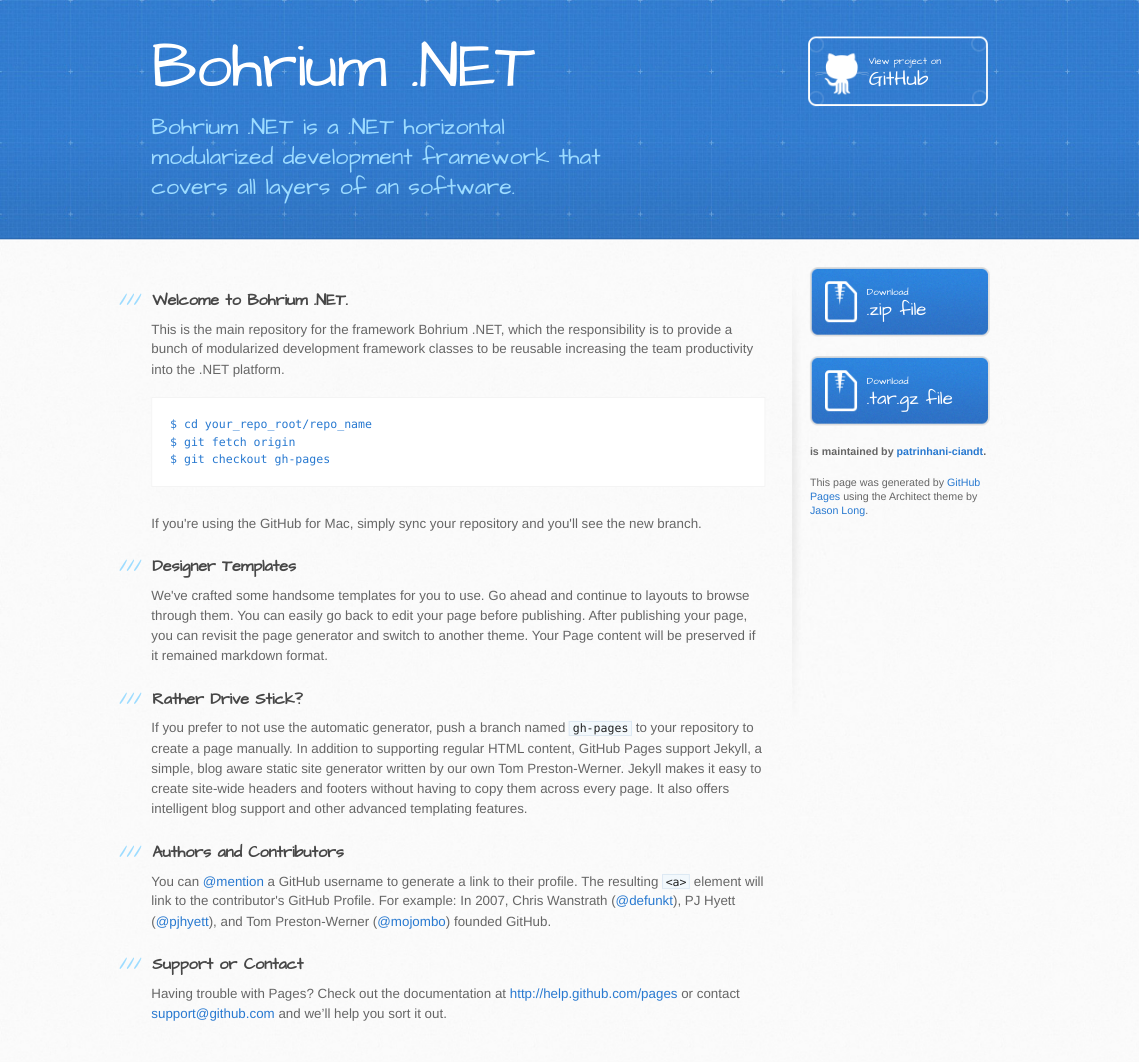
Repository: patrinhani-ciandt/BohriumNET
Page: index.html
The author's editor kept a record of every edit. The page is drawn from the files as they stood at one moment, then again after the next edit.
The browser window is 1280 px wide. The pictures show the whole page, at 89% of full size.

Above is the page before.

### index.html
<!DOCTYPE html>
<html>
  <head>
    <meta charset='utf-8'>
    <meta http-equiv="X-UA-Compatible" content="chrome=1">
    <meta name="viewport" content="width=device-width, initial-scale=1, maximum-scale=1">
    <link href='https://fonts.googleapis.com/css?family=Architects+Daughter' rel='stylesheet' type='text/css'>
    <link rel="stylesheet" type="text/css" href="stylesheets/stylesheet.css" media="screen">
    <link rel="stylesheet" type="text/css" href="stylesheets/pygment_trac.css" media="screen">
    <link rel="stylesheet" type="text/css" href="stylesheets/print.css" media="print">

    <!--[if lt IE 9]>
    <script src="//html5shiv.googlecode.com/svn/trunk/html5.js"></script>
    <![endif]-->

    <title>Bohrium .NET by patrinhani-ciandt</title>
  </head>

  <body>
    <header>
      <div class="inner">
        <h1>Bohrium .NET</h1>
        <h2>Bohrium .NET is a .NET horizontal modularized development framework that covers all layers of an software.</h2>
        <a href="https://github.com/patrinhani-ciandt/BohriumNET" class="button"><small>View project on</small>GitHub</a>
      </div>
    </header>

    <div id="content-wrapper">
      <div class="inner clearfix">
        <section id="main-content">
          <h3>
<a name="welcome-to-bohrium-net" class="anchor" href="#welcome-to-bohrium-net"><span class="octicon octicon-link"></span></a>Welcome to Bohrium .NET.</h3>

<p>This is the main repository for the framework Bohrium .NET, which the responsibility is to provide a bunch of modularized development framework classes to be reusable increasing the team productivity into the .NET platform.</p>

<pre><code>$ cd your_repo_root/repo_name
$ git fetch origin
$ git checkout gh-pages
</code></pre>

<p>If you're using the GitHub for Mac, simply sync your repository and you'll see the new branch.</p>

<h3>
<a name="designer-templates" class="anchor" href="#designer-templates"><span class="octicon octicon-link"></span></a>Designer Templates</h3>

<p>We've crafted some handsome templates for you to use. Go ahead and continue to layouts to browse through them. You can easily go back to edit your page before publishing. After publishing your page, you can revisit the page generator and switch to another theme. Your Page content will be preserved if it remained markdown format.</p>

<h3>
<a name="rather-drive-stick" class="anchor" href="#rather-drive-stick"><span class="octicon octicon-link"></span></a>Rather Drive Stick?</h3>

<p>If you prefer to not use the automatic generator, push a branch named <code>gh-pages</code> to your repository to create a page manually. In addition to supporting regular HTML content, GitHub Pages support Jekyll, a simple, blog aware static site generator written by our own Tom Preston-Werner. Jekyll makes it easy to create site-wide headers and footers without having to copy them across every page. It also offers intelligent blog support and other advanced templating features.</p>

<h3>
<a name="authors-and-contributors" class="anchor" href="#authors-and-contributors"><span class="octicon octicon-link"></span></a>Authors and Contributors</h3>

<p>You can <a href="https://github.com/blog/821" class="user-mention">@mention</a> a GitHub username to generate a link to their profile. The resulting <code>&lt;a&gt;</code> element will link to the contributor's GitHub Profile. For example: In 2007, Chris Wanstrath (<a href="https://github.com/defunkt" class="user-mention">@defunkt</a>), PJ Hyett (<a href="https://github.com/pjhyett" class="user-mention">@pjhyett</a>), and Tom Preston-Werner (<a href="https://github.com/mojombo" class="user-mention">@mojombo</a>) founded GitHub.</p>

<h3>
<a name="support-or-contact" class="anchor" href="#support-or-contact"><span class="octicon octicon-link"></span></a>Support or Contact</h3>

<p>Having trouble with Pages? Check out the documentation at <a href="http://help.github.com/pages">http://help.github.com/pages</a> or contact <a href="mailto:support@github.com">support@github.com</a> and we’ll help you sort it out.</p>
        </section>

        <aside id="sidebar">
          <a href="https://github.com/patrinhani-ciandt/BohriumNET/zipball/master" class="button">
            <small>Download</small>
            .zip file
          </a>
          <a href="https://github.com/patrinhani-ciandt/BohriumNET/tarball/master" class="button">
            <small>Download</small>
            .tar.gz file
          </a>

          <p class="repo-owner"><a href="https://github.com/patrinhani-ciandt/BohriumNET"></a> is maintained by <a href="https://github.com/patrinhani-ciandt">patrinhani-ciandt</a>.</p>

          <p>This page was generated by <a href="https://pages.github.com">GitHub Pages</a> using the Architect theme by <a href="https://twitter.com/jasonlong">Jason Long</a>.</p>
        </aside>
      </div>
    </div>


  </body>
</html>

### stylesheets/stylesheet.css
/* http://meyerweb.com/eric/tools/css/reset/
   v2.0 | 20110126
   License: none (public domain)
*/
html, body, div, span, applet, object, iframe,
h1, h2, h3, h4, h5, h6, p, blockquote, pre,
a, abbr, acronym, address, big, cite, code,
del, dfn, em, img, ins, kbd, q, s, samp,
small, strike, strong, sub, sup, tt, var,
b, u, i, center,
dl, dt, dd, ol, ul, li,
fieldset, form, label, legend,
table, caption, tbody, tfoot, thead, tr, th, td,
article, aside, canvas, details, embed,
figure, figcaption, footer, header, hgroup,
menu, nav, output, ruby, section, summary,
time, mark, audio, video {
	margin: 0;
	padding: 0;
	border: 0;
	font-size: 100%;
	font: inherit;
	vertical-align: baseline;
}
/* HTML5 display-role reset for older browsers */
article, aside, details, figcaption, figure,
footer, header, hgroup, menu, nav, section {
	display: block;
}
body {
	line-height: 1;
}
ol, ul {
	list-style: none;
}
blockquote, q {
	quotes: none;
}
blockquote:before, blockquote:after,
q:before, q:after {
	content: '';
	content: none;
}
table {
	border-collapse: collapse;
	border-spacing: 0;
}

/* LAYOUT STYLES */
body {
  font-size: 15px;
  line-height: 1.5;
  background: #fafafa url(../images/body-bg.jpg) 0 0 repeat;
  font-family: 'Helvetica Neue', Helvetica, Arial, serif;
  font-weight: 400;
  color: #666;
}

a {
  color: #2879d0;
}
a:hover {
  color: #2268b2;
}

header {
  padding-top: 40px;
  padding-bottom: 40px;
  font-family: 'Architects Daughter', 'Helvetica Neue', Helvetica, Arial, serif;
  background: #2e7bcf url(../images/header-bg.jpg) 0 0 repeat-x;
  border-bottom: solid 1px #275da1;
}

header h1 {
  letter-spacing: -1px;
  font-size: 72px;
  color: #fff;
  line-height: 1;
  margin-bottom: 0.2em;
  width: 540px;
}

header h2 {
  font-size: 26px;
  color: #9ddcff;
  font-weight: normal;
  line-height: 1.3;
  width: 540px;
  letter-spacing: 0;
}

.inner {
  position: relative;
  width: 940px;
  margin: 0 auto;
}

#content-wrapper {
  border-top: solid 1px #fff;
  padding-top: 30px;
}

#main-content {
  width: 690px;
  float: left;
}

#main-content img {
  max-width: 100%;
}

aside#sidebar {
  width: 200px;
  padding-left: 20px;
  min-height: 504px;
  float: right;
  background: transparent url(../images/sidebar-bg.jpg) 0 0 no-repeat;
  font-size: 12px;
  line-height: 1.3;
}

aside#sidebar p.repo-owner,
aside#sidebar p.repo-owner a {
  font-weight: bold;
}

#downloads {
  margin-bottom: 40px;
}

a.button {
  width: 134px;
  height: 58px;
  line-height: 1.2;
  font-size: 23px;
  color: #fff;
  padding-left: 68px;
  padding-top: 22px;
  font-family: 'Architects Daughter', 'Helvetica Neue', Helvetica, Arial, serif;
}
a.button small {
  display: block;
  font-size: 11px;
}
header a.button {
  position: absolute;
  right: 0;
  top: 0;
  background: transparent url(../images/github-button.png) 0 0 no-repeat;
}
aside a.button {
  width: 138px;
  padding-left: 64px;
  display: block;
  background: transparent url(../images/download-button.png) 0 0 no-repeat;
  margin-bottom: 20px;
  font-size: 21px;
}

code, pre {
  font-family: Monaco, "Bitstream Vera Sans Mono", "Lucida Console", Terminal, monospace;
  color: #222;
  margin-bottom: 30px;
  font-size: 13px;
}

code {
  background-color: #f2f8fc;
  border: solid 1px #dbe7f3;
  padding: 0 3px;
}

pre {
  padding: 20px;
  background: #fff;
  text-shadow: none;
  overflow: auto;
  border: solid 1px #f2f2f2;
}
pre code {
  color: #2879d0;
  background-color: #fff;
  border: none;
  padding: 0;
}

ul, ol, dl {
  margin-bottom: 20px;
}


/* COMMON STYLES */

hr {
  height: 1px;
  line-height: 1px;
  margin-top: 1em;
  padding-bottom: 1em;
  border: none;
  background: transparent url('../images/hr.png') 0 0 no-repeat;
}

table {
  width: 100%;
  border: 1px solid #ebebeb;
}

th {
  font-weight: 500;
}

td {
  border: 1px solid #ebebeb;
  text-align: center;
  font-weight: 300;
}

form {
  background: #f2f2f2;
  padding: 20px;

}


/* GENERAL ELEMENT TYPE STYLES */

#main-content h1 {
  font-family: 'Architects Daughter', 'Helvetica Neue', Helvetica, Arial, serif;
  font-size: 2.8em;
  letter-spacing: -1px;
  color: #474747;
}

#main-content h1:before {
  content: "/";
  color: #9ddcff;
  padding-right: 0.3em;
  margin-left: -0.9em;
}

#main-content h2 {
  font-family: 'Architects Daughter', 'Helvetica Neue', Helvetica, Arial, serif;
  font-size: 22px;
  font-weight: bold;
  margin-bottom: 8px;
  color: #474747;
}
#main-content h2:before {
  content: "//";
  color: #9ddcff;
  padding-right: 0.3em;
  margin-left: -1.5em;
}

#main-content h3 {
  font-family: 'Architects Daughter', 'Helvetica Neue', Helvetica, Arial, serif;
  font-size: 18px;
  font-weight: bold;
  margin-top: 24px;
  margin-bottom: 8px;
  color: #474747;
}

#main-content h3:before {
  content: "///";
  color: #9ddcff;
  padding-right: 0.3em;
  margin-left: -2em;
}

#main-content h4 {
  font-family: 'Architects Daughter', 'Helvetica Neue', Helvetica, Arial, serif;
  font-size: 15px;
  font-weight: bold;
  color: #474747;
}

h4:before {
  content: "////";
  color: #9ddcff;
  padding-right: 0.3em;
  margin-left: -2.8em;
}

#main-content h5 {
  font-family: 'Architects Daughter', 'Helvetica Neue', Helvetica, Arial, serif;
  font-size: 14px;
  color: #474747;
}
h5:before {
  content: "/////";
  color: #9ddcff;
  padding-right: 0.3em;
  margin-left: -3.2em;
}

#main-content h6 {
  font-family: 'Architects Daughter', 'Helvetica Neue', Helvetica, Arial, serif;
  font-size: .8em;
  color: #474747;
}
h6:before {
  content: "//////";
  color: #9ddcff;
  padding-right: 0.3em;
  margin-left: -3.7em;
}

p {
  margin-bottom: 20px;
}

a {
  text-decoration: none;
}

p a {
  font-weight: 400;
}

blockquote {
  font-size: 1.6em;
  border-left: 10px solid #e9e9e9;
  margin-bottom: 20px;
  padding: 0 0 0 30px;
}

ul {
  list-style: disc inside;
  padding-left: 20px;
}

ol {
  list-style: decimal inside;
  padding-left: 3px;
}

dl dd {
  font-style: italic;
  font-weight: 100;
}

footer {
  background: transparent url('../images/hr.png') 0 0 no-repeat;
  margin-top: 40px;
  padding-top: 20px;
  padding-bottom: 30px;
  font-size: 13px;
  color: #aaa;
}

footer a {
  color: #666;
}
footer a:hover {
  color: #444;
}

/* MISC */
.clearfix:after {
  clear: both;
  content: '.';
  display: block;
  visibility: hidden;
  height: 0;
}

.clearfix {display: inline-block;}
* html .clearfix {height: 1%;}
.clearfix {display: block;}

/* #Media Queries
================================================== */

/* Smaller than standard 960 (devices and browsers) */
@media only screen and (max-width: 959px) {}

/* Tablet Portrait size to standard 960 (devices and browsers) */
@media only screen and (min-width: 768px) and (max-width: 959px) {
  .inner {
    width: 740px;
  }
  header h1, header h2 {
    width: 340px;
  }
  header h1 {
    font-size: 60px;
  }
  header h2 {
    font-size: 30px;
  }
  #main-content {
    width: 490px;
  }
  #main-content h1:before,
  #main-content h2:before,
  #main-content h3:before,
  #main-content h4:before,
  #main-content h5:before,
  #main-content h6:before {
    content: none;
    padding-right: 0;
    margin-left: 0;
  }
}

/* All Mobile Sizes (devices and browser) */
@media only screen and (max-width: 767px) {
  .inner {
    width: 93%;
  }
  header {
    padding: 20px 0;
  }
  header .inner {
    position: relative;
  }
  header h1, header h2 {
    width: 100%;
  }
  header h1 {
    font-size: 48px;
  }
  header h2 {
    font-size: 24px;
  }
  header a.button {
    background-image: none;
    width: auto;
    height: auto;
    display: inline-block;
    margin-top: 15px;
    padding: 5px 10px;
    position: relative;
    text-align: center;
    font-size: 13px;
    line-height: 1;
    background-color: #9ddcff;
    color: #2879d0;
    -moz-border-radius: 5px;
    -webkit-border-radius: 5px;
    border-radius: 5px;
  }
  header a.button small {
    font-size: 13px;
    display: inline;
  }
  #main-content,
  aside#sidebar {
    float: none;
    width: 100% ! important;
  }
  aside#sidebar {
    background-image: none;
    margin-top: 20px;
    border-top: solid 1px #ddd;
    padding: 20px 0;
    min-height: 0;
  }
  aside#sidebar a.button {
    display: none;
  }
  #main-content h1:before,
  #main-content h2:before,
  #main-content h3:before,
  #main-content h4:before,
  #main-content h5:before,
  #main-content h6:before {
    content: none;
    padding-right: 0;
    margin-left: 0;
  }
}

/* Mobile Landscape Size to Tablet Portrait (devices and browsers) */
@media only screen and (min-width: 480px) and (max-width: 767px) {}

/* Mobile Portrait Size to Mobile Landscape Size (devices and browsers) */
@media only screen and (max-width: 479px) {}

### stylesheets/pygment_trac.css
.highlight  { background: #ffffff; }
.highlight .c { color: #999988; font-style: italic } /* Comment */
.highlight .err { color: #a61717; background-color: #e3d2d2 } /* Error */
.highlight .k { font-weight: bold } /* Keyword */
.highlight .o { font-weight: bold } /* Operator */
.highlight .cm { color: #999988; font-style: italic } /* Comment.Multiline */
.highlight .cp { color: #999999; font-weight: bold } /* Comment.Preproc */
.highlight .c1 { color: #999988; font-style: italic } /* Comment.Single */
.highlight .cs { color: #999999; font-weight: bold; font-style: italic } /* Comment.Special */
.highlight .gd { color: #000000; background-color: #ffdddd } /* Generic.Deleted */
.highlight .gd .x { color: #000000; background-color: #ffaaaa } /* Generic.Deleted.Specific */
.highlight .ge { font-style: italic } /* Generic.Emph */
.highlight .gr { color: #aa0000 } /* Generic.Error */
.highlight .gh { color: #999999 } /* Generic.Heading */
.highlight .gi { color: #000000; background-color: #ddffdd } /* Generic.Inserted */
.highlight .gi .x { color: #000000; background-color: #aaffaa } /* Generic.Inserted.Specific */
.highlight .go { color: #888888 } /* Generic.Output */
.highlight .gp { color: #555555 } /* Generic.Prompt */
.highlight .gs { font-weight: bold } /* Generic.Strong */
.highlight .gu { color: #800080; font-weight: bold; } /* Generic.Subheading */
.highlight .gt { color: #aa0000 } /* Generic.Traceback */
.highlight .kc { font-weight: bold } /* Keyword.Constant */
.highlight .kd { font-weight: bold } /* Keyword.Declaration */
.highlight .kn { font-weight: bold } /* Keyword.Namespace */
.highlight .kp { font-weight: bold } /* Keyword.Pseudo */
.highlight .kr { font-weight: bold } /* Keyword.Reserved */
.highlight .kt { color: #445588; font-weight: bold } /* Keyword.Type */
.highlight .m { color: #009999 } /* Literal.Number */
.highlight .s { color: #d14 } /* Literal.String */
.highlight .na { color: #008080 } /* Name.Attribute */
.highlight .nb { color: #0086B3 } /* Name.Builtin */
.highlight .nc { color: #445588; font-weight: bold } /* Name.Class */
.highlight .no { color: #008080 } /* Name.Constant */
.highlight .ni { color: #800080 } /* Name.Entity */
.highlight .ne { color: #990000; font-weight: bold } /* Name.Exception */
.highlight .nf { color: #990000; font-weight: bold } /* Name.Function */
.highlight .nn { color: #555555 } /* Name.Namespace */
.highlight .nt { color: #000080 } /* Name.Tag */
.highlight .nv { color: #008080 } /* Name.Variable */
.highlight .ow { font-weight: bold } /* Operator.Word */
.highlight .w { color: #bbbbbb } /* Text.Whitespace */
.highlight .mf { color: #009999 } /* Literal.Number.Float */
.highlight .mh { color: #009999 } /* Literal.Number.Hex */
.highlight .mi { color: #009999 } /* Literal.Number.Integer */
.highlight .mo { color: #009999 } /* Literal.Number.Oct */
.highlight .sb { color: #d14 } /* Literal.String.Backtick */
.highlight .sc { color: #d14 } /* Literal.String.Char */
.highlight .sd { color: #d14 } /* Literal.String.Doc */
.highlight .s2 { color: #d14 } /* Literal.String.Double */
.highlight .se { color: #d14 } /* Literal.String.Escape */
.highlight .sh { color: #d14 } /* Literal.String.Heredoc */
.highlight .si { color: #d14 } /* Literal.String.Interpol */
.highlight .sx { color: #d14 } /* Literal.String.Other */
.highlight .sr { color: #009926 } /* Literal.String.Regex */
.highlight .s1 { color: #d14 } /* Literal.String.Single */
.highlight .ss { color: #990073 } /* Literal.String.Symbol */
.highlight .bp { color: #999999 } /* Name.Builtin.Pseudo */
.highlight .vc { color: #008080 } /* Name.Variable.Class */
.highlight .vg { color: #008080 } /* Name.Variable.Global */
.highlight .vi { color: #008080 } /* Name.Variable.Instance */
.highlight .il { color: #009999 } /* Literal.Number.Integer.Long */

.type-csharp .highlight .k { color: #0000FF }
.type-csharp .highlight .kt { color: #0000FF }
.type-csharp .highlight .nf { color: #000000; font-weight: normal }
.type-csharp .highlight .nc { color: #2B91AF }
.type-csharp .highlight .nn { color: #000000 }
.type-csharp .highlight .s { color: #A31515 }
.type-csharp .highlight .sc { color: #A31515 }

### stylesheets/print.css
html, body, div, span, applet, object, iframe,
h1, h2, h3, h4, h5, h6, p, blockquote, pre,
a, abbr, acronym, address, big, cite, code,
del, dfn, em, img, ins, kbd, q, s, samp,
small, strike, strong, sub, sup, tt, var,
b, u, i, center,
dl, dt, dd, ol, ul, li,
fieldset, form, label, legend,
table, caption, tbody, tfoot, thead, tr, th, td,
article, aside, canvas, details, embed,
figure, figcaption, footer, header, hgroup,
menu, nav, output, ruby, section, summary,
time, mark, audio, video {
  margin: 0;
  padding: 0;
  border: 0;
  font-size: 100%;
  font: inherit;
  vertical-align: baseline;
}
/* HTML5 display-role reset for older browsers */
article, aside, details, figcaption, figure,
footer, header, hgroup, menu, nav, section {
  display: block;
}
body {
  line-height: 1;
}
ol, ul {
  list-style: none;
}
blockquote, q {
  quotes: none;
}
blockquote:before, blockquote:after,
q:before, q:after {
  content: '';
  content: none;
}
table {
  border-collapse: collapse;
  border-spacing: 0;
}
body {
  font-size: 13px;
  line-height: 1.5;
  font-family: 'Helvetica Neue', Helvetica, Arial, serif;
  color: #000;
}

a {
  color: #d5000d;
  font-weight: bold;
}

header {
  padding-top: 35px;
  padding-bottom: 10px;
}

header h1 {
  font-weight: bold;
  letter-spacing: -1px;
  font-size: 48px;
  color: #303030;
  line-height: 1.2;
}

header h2 {
  letter-spacing: -1px;
  font-size: 24px;
  color: #aaa;
  font-weight: normal;
  line-height: 1.3;
}
#downloads {
  display: none;
}
#main_content {
  padding-top: 20px;
}

code, pre {
  font-family: Monaco, "Bitstream Vera Sans Mono", "Lucida Console", Terminal;
  color: #222;
  margin-bottom: 30px;
  font-size: 12px;
}

code {
  padding: 0 3px;
}

pre {
  border: solid 1px #ddd;
  padding: 20px;
  overflow: auto;
}
pre code {
  padding: 0;
}

ul, ol, dl {
  margin-bottom: 20px;
}


/* COMMON STYLES */

table {
  width: 100%;
  border: 1px solid #ebebeb;
}

th {
  font-weight: 500;
}

td {
  border: 1px solid #ebebeb;
  text-align: center;
  font-weight: 300;
}

form {
  background: #f2f2f2;
  padding: 20px;

}


/* GENERAL ELEMENT TYPE STYLES */

h1 {
  font-size: 2.8em;
}

h2 {
  font-size: 22px;
  font-weight: bold;
  color: #303030;
  margin-bottom: 8px;
}

h3 {
  color: #d5000d;
  font-size: 18px;
  font-weight: bold;
  margin-bottom: 8px;
}

h4 {
  font-size: 16px;
  color: #303030;
  font-weight: bold;
}

h5 {
  font-size: 1em;
  color: #303030;
}

h6 {
  font-size: .8em;
  color: #303030;
}

p {
  font-weight: 300;
  margin-bottom: 20px;
}

a {
  text-decoration: none;
}

p a {
  font-weight: 400;
}

blockquote {
  font-size: 1.6em;
  border-left: 10px solid #e9e9e9;
  margin-bottom: 20px;
  padding: 0 0 0 30px;
}

ul li {
  list-style: disc inside;
  padding-left: 20px;
}

ol li {
  list-style: decimal inside;
  padding-left: 3px;
}

dl dd {
  font-style: italic;
  font-weight: 100;
}

footer {
  margin-top: 40px;
  padding-top: 20px;
  padding-bottom: 30px;
  font-size: 13px;
  color: #aaa;
}

footer a {
  color: #666;
}

/* MISC */
.clearfix:after {
  clear: both;
  content: '.';
  display: block;
  visibility: hidden;
  height: 0;
}

.clearfix {display: inline-block;}
* html .clearfix {height: 1%;}
.clearfix {display: block;}

After the next edit:
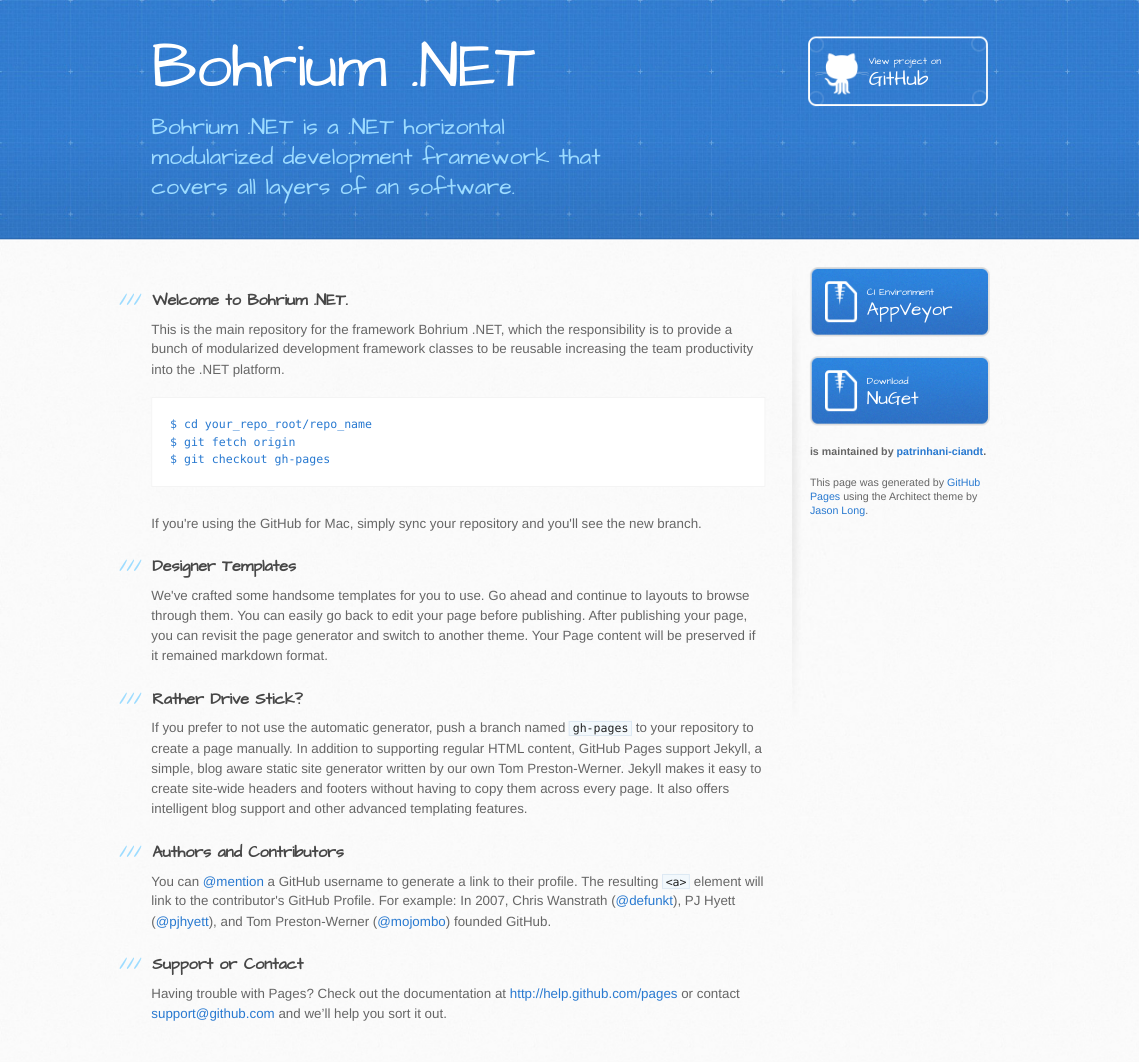
The edit:
--- a/index.html
+++ b/index.html
@@ -62,14 +62,22 @@
         </section>
 
         <aside id="sidebar">
-          <a href="https://github.com/patrinhani-ciandt/BohriumNET/zipball/master" class="button">
+          <a href="https://ci.appveyor.com/project/patrinhani-ciandt/bohriumnet" class="button">
+            <small>CI Environment</small>
+            AppVeyor
+          </a>
+          <a href="https://ci.appveyor.com/project/patrinhani-ciandt/bohriumnet" class="button">
             <small>Download</small>
-            .zip file
+            NuGet
           </a>
-          <a href="https://github.com/patrinhani-ciandt/BohriumNET/tarball/master" class="button">
-            <small>Download</small>
-            .tar.gz file
-          </a>
+          <!--<a href="https://github.com/patrinhani-ciandt/BohriumNET/zipball/master" class="button">-->
+          <!--  <small>Download</small>-->
+          <!--  .zip file-->
+          <!--</a>-->
+          <!--<a href="https://github.com/patrinhani-ciandt/BohriumNET/tarball/master" class="button">-->
+          <!--  <small>Download</small>-->
+          <!--  .tar.gz file-->
+          <!--</a>-->
 
           <p class="repo-owner"><a href="https://github.com/patrinhani-ciandt/BohriumNET"></a> is maintained by <a href="https://github.com/patrinhani-ciandt">patrinhani-ciandt</a>.</p>
 
